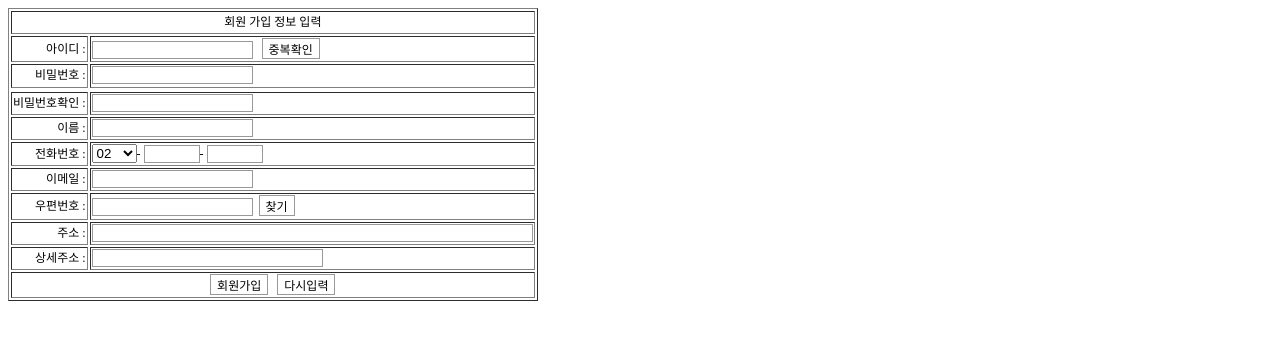
Repository: payboiC/test
Page: http://localhost/ServletProject/memberone/regForm.jsp
An editor plug-in stored every save of this project. The page is shown before and after the next save, followed by the edit.
The browser window is 1280 px wide. The pictures show the whole page.
The page is served by Tomcat 9. Nobody is signed in. The application's start-up code is not run.

Above is the page before, as saved 2022-08-10 06:13:15.
Console error (its wording comes from the project's code and is left out).

After the next save:
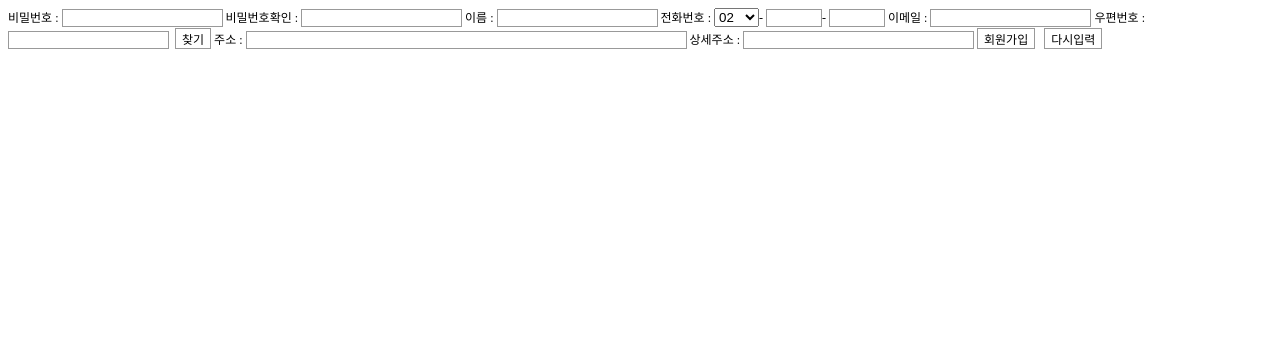
Saved 2 min 26 s later.
--- a/ServletProject/src/main/webapp/memberone/regForm.jsp
+++ b/ServletProject/src/main/webapp/memberone/regForm.jsp
@@ -6,6 +6,7 @@
 <meta charset="UTF-8">
 <title>회원가입 폼</title>
 <link rel="stylesheet" type="text/css" href="style.css">
+<script type="text/javascript" src="script.js">
 </head>
 <body>
 <form action="regProc.jsp" method="post" name="regForm">
@@ -21,7 +22,7 @@
          <input type="button" value="중복확인" onclick="idCheck(this.form.id.value)">
     </td>
 </tr>
-<script type="text/javascript" src="script.js">
+
 
 </script>
 <tr>

After the 2 saves that followed:
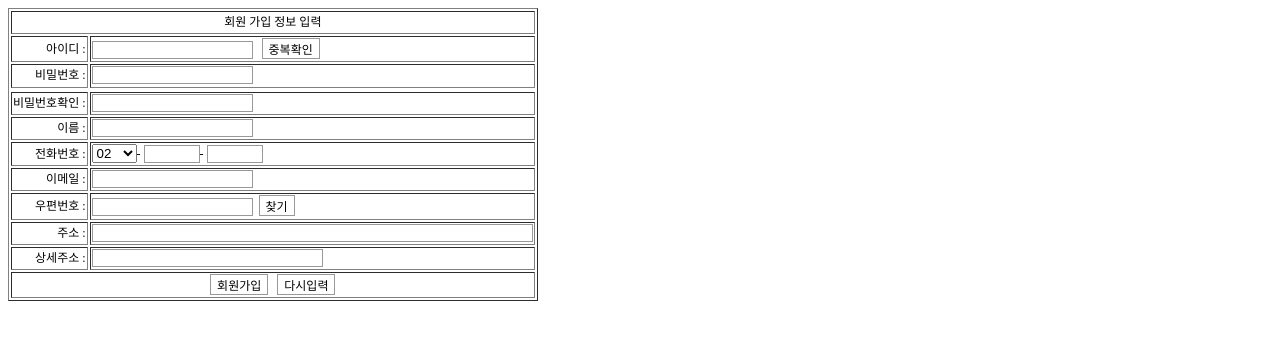
The 2 saves are shown as one change because 1 left the picture as it was.
The last was saved 2 min 40 s later.
--- a/ServletProject/src/main/webapp/memberone/regForm.jsp
+++ b/ServletProject/src/main/webapp/memberone/regForm.jsp
@@ -6,7 +6,7 @@
 <meta charset="UTF-8">
 <title>회원가입 폼</title>
 <link rel="stylesheet" type="text/css" href="style.css">
-<script type="text/javascript" src="script.js">
+<script type="text/javascript" src="script.js"></script>
 </head>
 <body>
 <form action="regProc.jsp" method="post" name="regForm">
